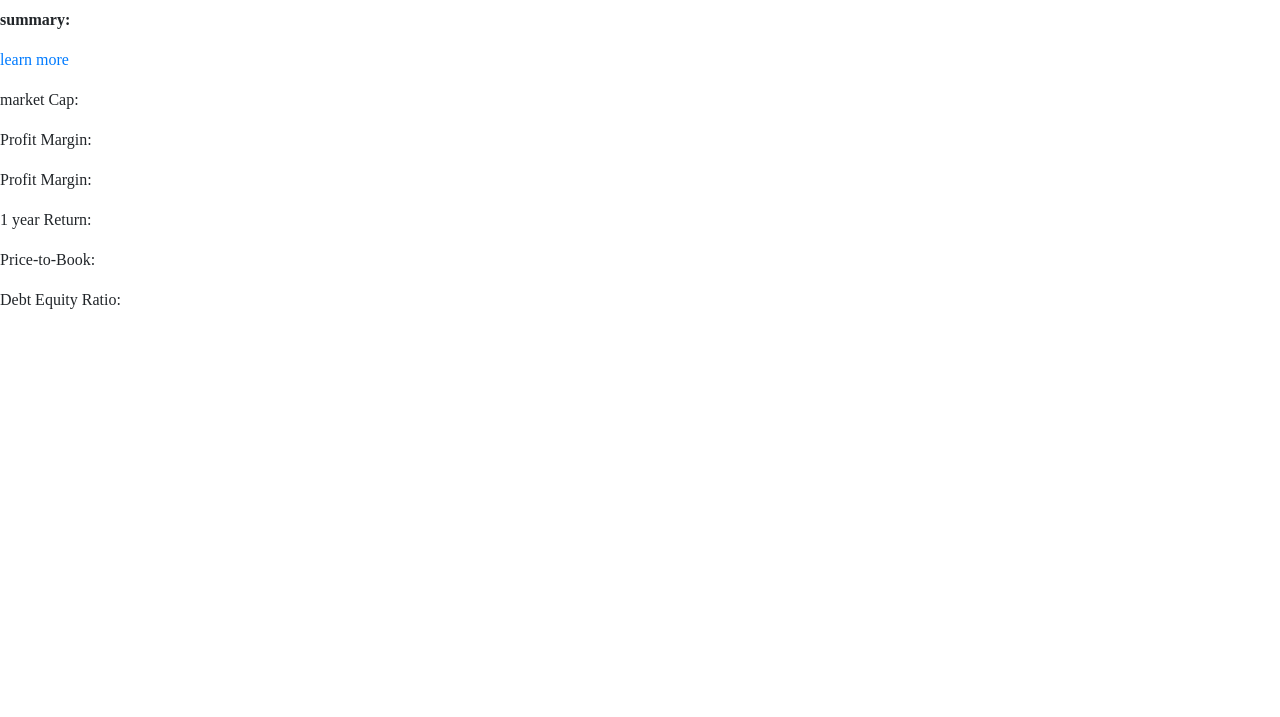
Repository: brendan12372/theSite
Page: topTen/templates/stocks/stock_detail.html
An editor plug-in stored every save of this project. The page is shown before and after the next save, followed by the edit.
The browser window is 1280 px wide. The pictures show the whole page.
Some web libraries are served in a nearby version. The page is served by the project's application, run on Django 4.2 (manage.py). The template is opened directly, without the code that normally fills it, so the values that code supplies are empty.

Above is the page before, as saved 2022-03-14 23:40:16.

After the next save:
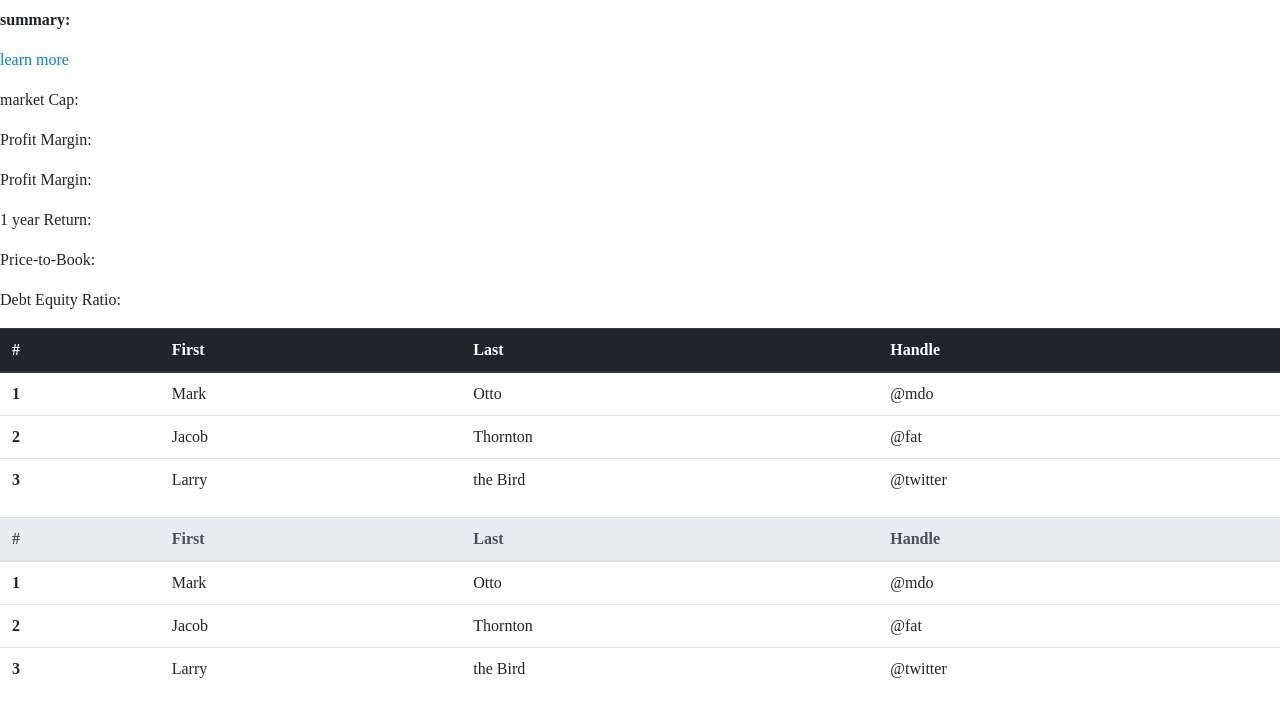
Saved 3 min 9 s later.
--- a/topTen/templates/stocks/stock_detail.html
+++ b/topTen/templates/stocks/stock_detail.html
@@ -28,6 +28,68 @@
     <p>Price-to-Book: {{ object.PriceToBook}}</p>
     <p>Debt Equity Ratio: {{ object.debtEquityRatio}}</p>
 
+    <table class="table">
+      <thead class="thead-dark">
+        <tr>
+          <th scope="col">#</th>
+          <th scope="col">First</th>
+          <th scope="col">Last</th>
+          <th scope="col">Handle</th>
+        </tr>
+      </thead>
+      <tbody>
+        <tr>
+          <th scope="row">1</th>
+          <td>Mark</td>
+          <td>Otto</td>
+          <td>@mdo</td>
+        </tr>
+        <tr>
+          <th scope="row">2</th>
+          <td>Jacob</td>
+          <td>Thornton</td>
+          <td>@fat</td>
+        </tr>
+        <tr>
+          <th scope="row">3</th>
+          <td>Larry</td>
+          <td>the Bird</td>
+          <td>@twitter</td>
+        </tr>
+      </tbody>
+    </table>
+
+    <table class="table">
+      <thead class="thead-light">
+        <tr>
+          <th scope="col">#</th>
+          <th scope="col">First</th>
+          <th scope="col">Last</th>
+          <th scope="col">Handle</th>
+        </tr>
+      </thead>
+      <tbody>
+        <tr>
+          <th scope="row">1</th>
+          <td>Mark</td>
+          <td>Otto</td>
+          <td>@mdo</td>
+        </tr>
+        <tr>
+          <th scope="row">2</th>
+          <td>Jacob</td>
+          <td>Thornton</td>
+          <td>@fat</td>
+        </tr>
+        <tr>
+          <th scope="row">3</th>
+          <td>Larry</td>
+          <td>the Bird</td>
+          <td>@twitter</td>
+        </tr>
+      </tbody>
+    </table>
+
 
     <!-- Optional JavaScript -->
     <!-- jQuery first, then Popper.js, then Bootstrap JS -->
